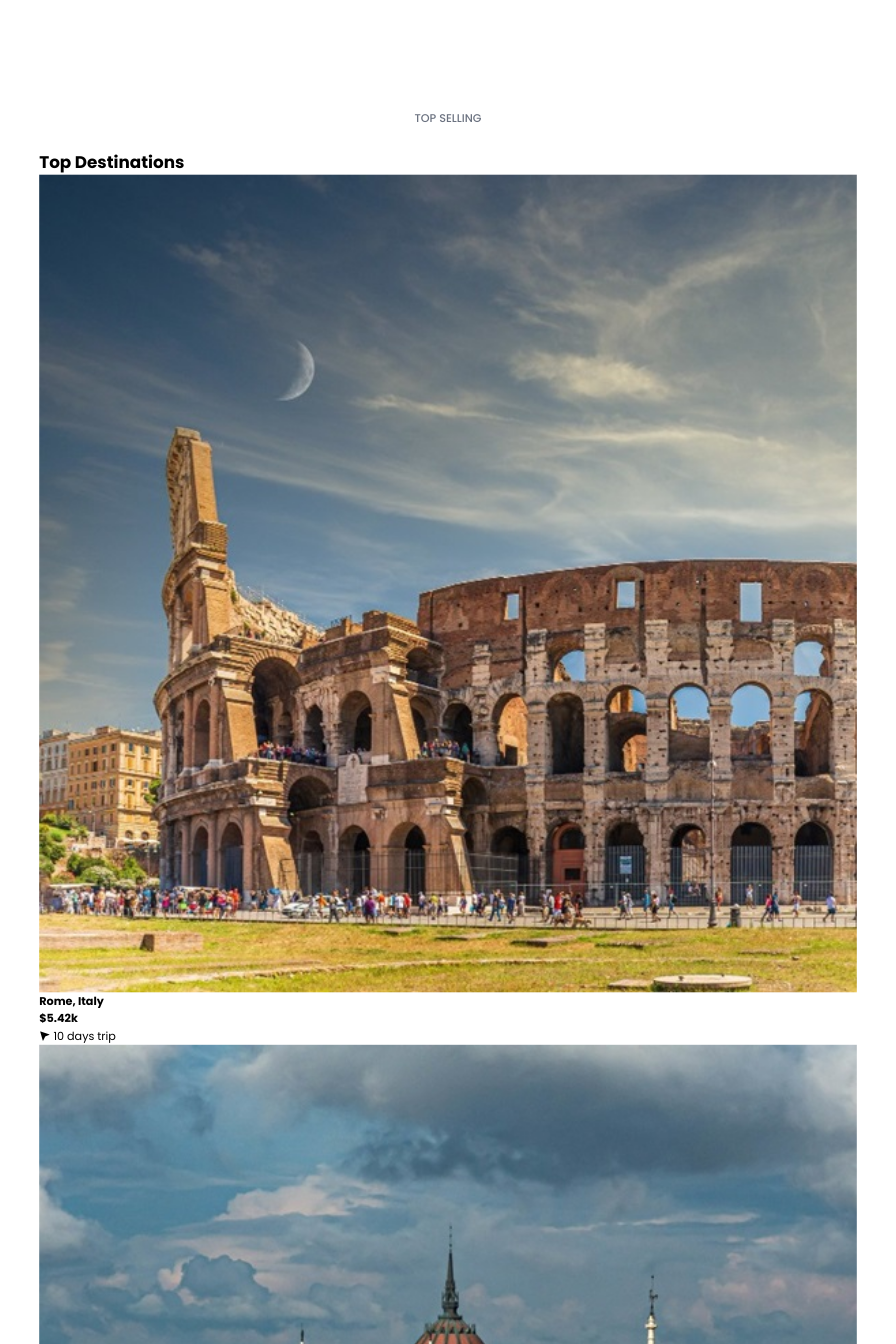
Repository: ntandomagana/travel-website
Page: index.html
The author's editor kept a copy of each file at every save. The page is drawn from the files as they stood at one save, then again after a run of saves.
The browser window is 1280 px wide. The pictures show the part of the page from y = 1981 to 3901 px (the page is 9375 px tall before and 9439 px after), at 70% of full size.

Above is the page before, as saved 2024-05-07 13:22:55.

After the next 3 saves:
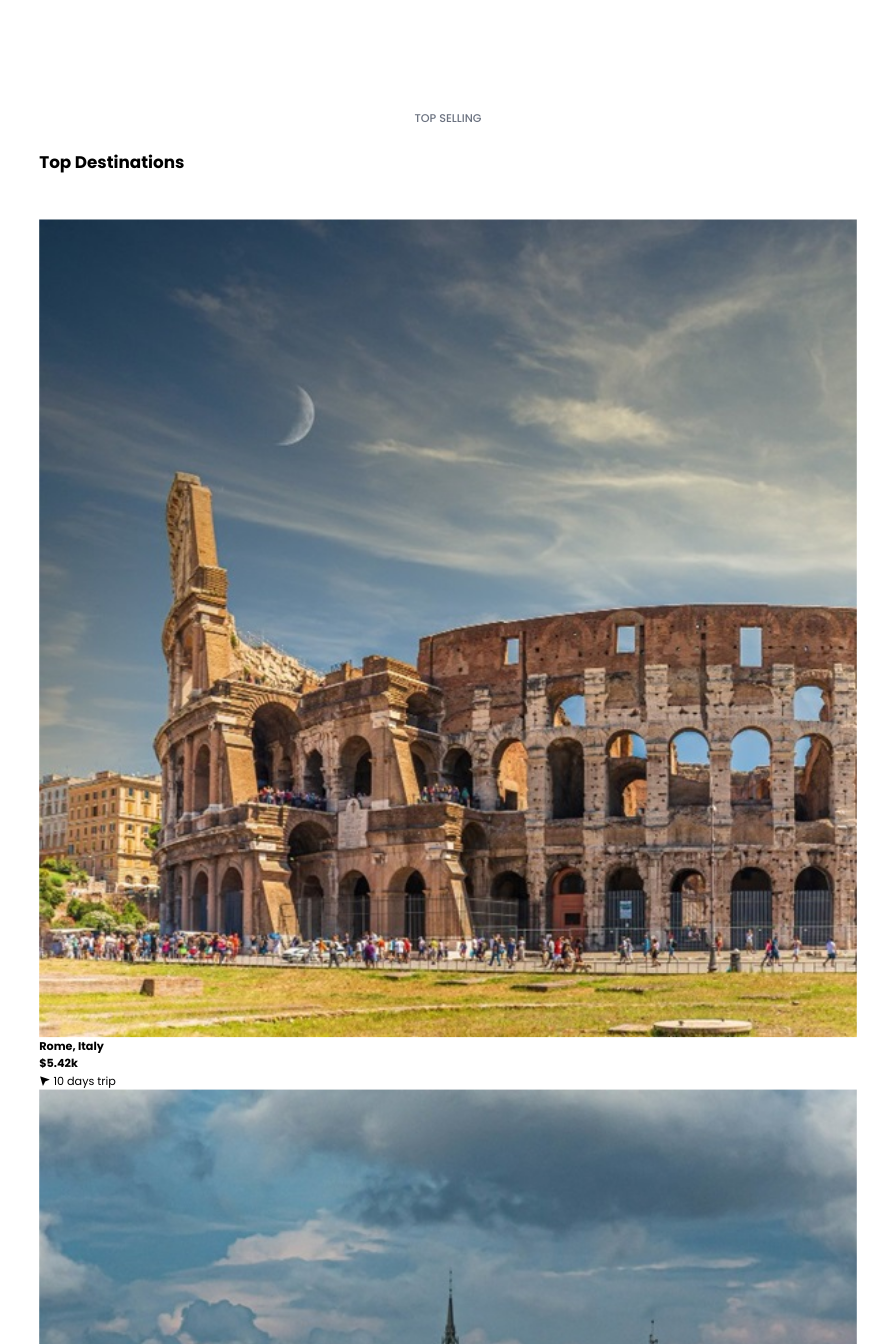
The 3 saves are shown as one change because they came seconds apart.
The last was saved 17 s later.
--- a/style.css
+++ b/style.css
@@ -235,5 +235,5 @@ ul {
 }
 
 .destination-grid {
-
-}
+    margin-top: 4rem;
+}
